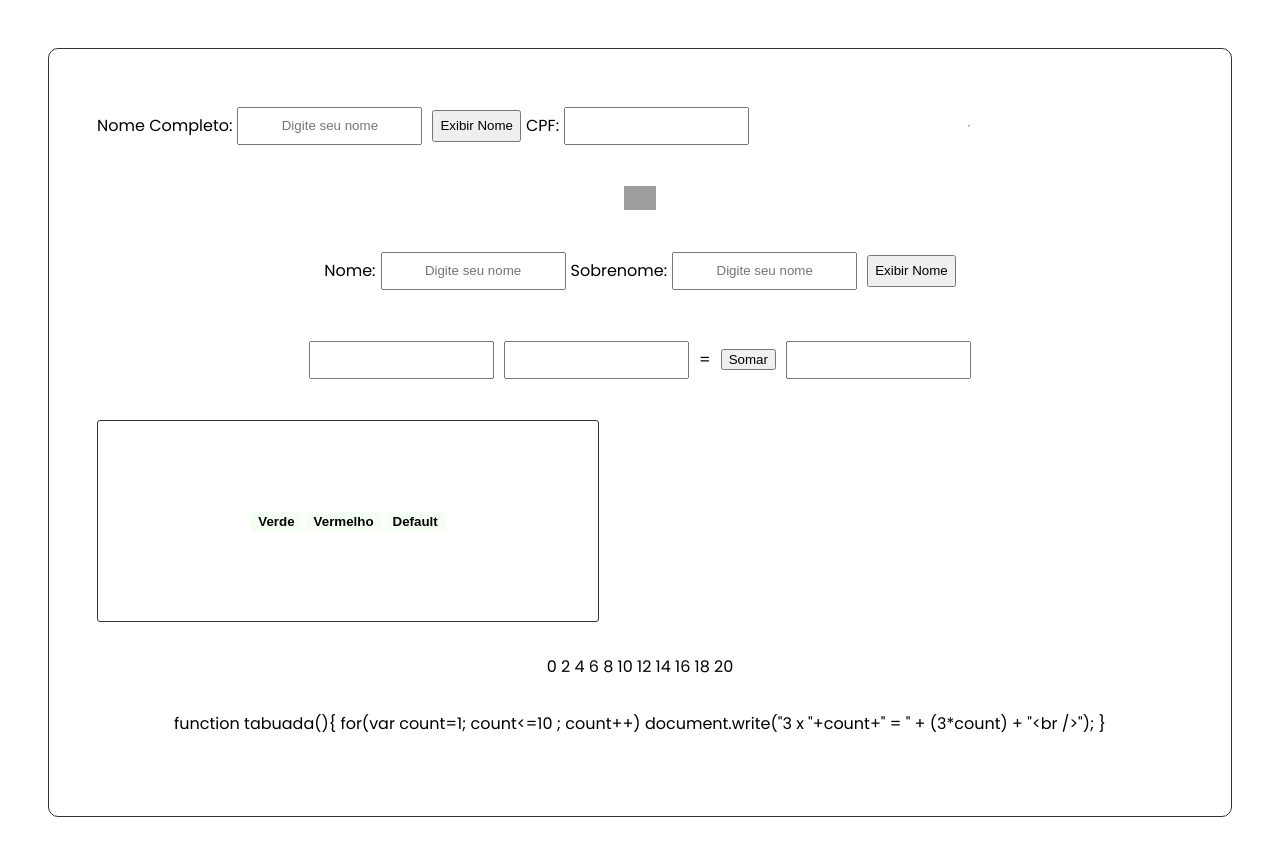
Repository: guilhermecardoso93/exerciciosjs
Page: index.html
The author's editor kept a copy of each file at every save. The page is drawn from the files as they stood at one save, then again after the next save.
The browser window is 1280 px wide. The pictures show the whole page.
Pictures or frames that could not be fetched are drawn as grey boxes.

Above is the page before, as saved 2023-05-21 16:47:20.

After the next save:
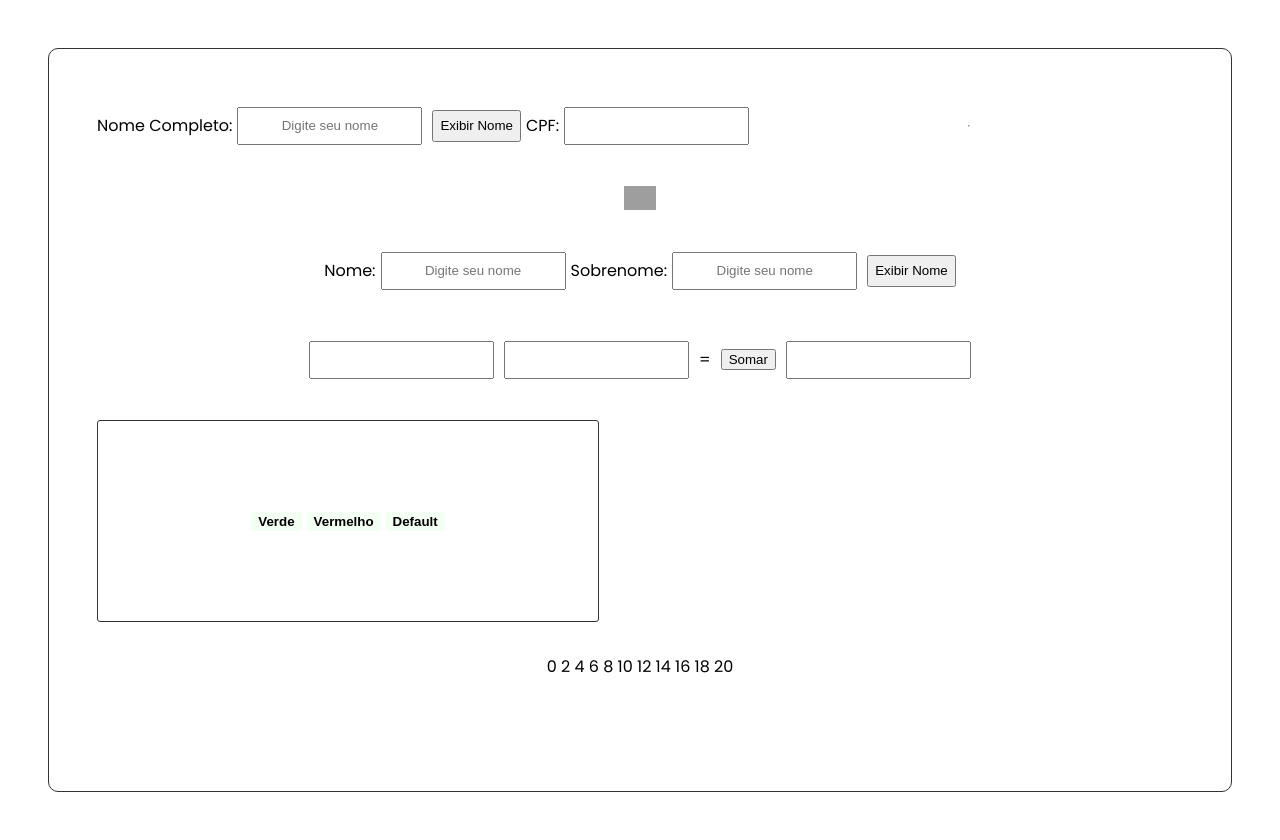
Saved 10 s later.
--- a/script.js
+++ b/script.js
@@ -70,5 +70,3 @@ function tabuada(){
   for(var count=1; count<=10 ; count++)
    document.write("3 x "+count+" = " + (3*count) + "<br />");
 }
-
-tabuadaDiv.textContent = tabuada;
